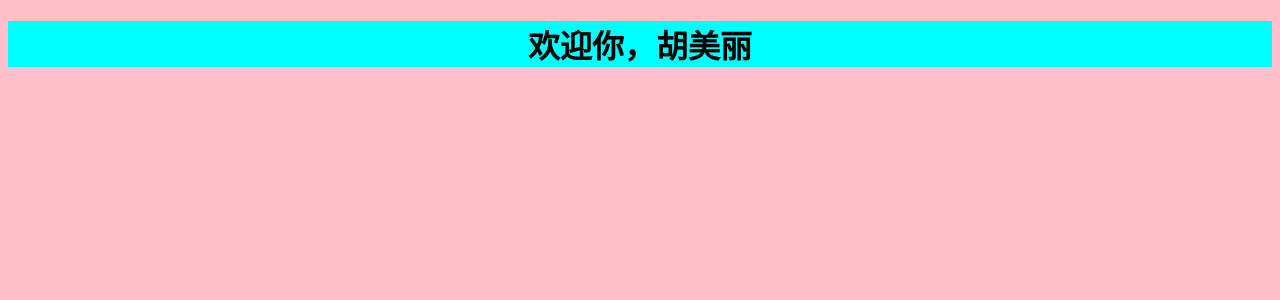
Repository: NanmeiYC/NanmeiYC.github.io
Page: zhuye.html
These files come from the project's save history. The page is drawn as it stood at one moment and after a run of saves; the edit follows.
The browser window is 1280 px wide. The pictures show the whole page.

Above is the page before, as saved 2021-05-28 23:20:18.

After the next 3 saves:
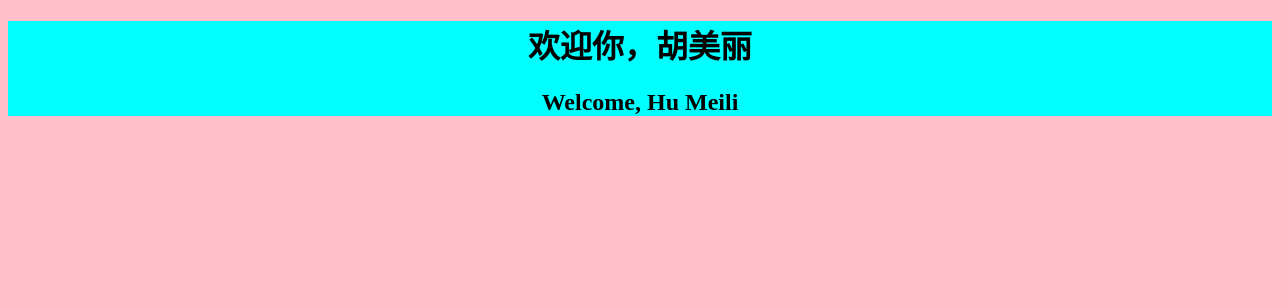
The 3 saves are shown as one change because they came seconds apart.
The last was saved 11 s later.
--- a/zhuye.html
+++ b/zhuye.html
@@ -7,7 +7,7 @@
     <body bgcolor="pink">
         <div align="center" style="background-color: aqua;">
             <h1>欢迎你，胡美丽</h1>
-            <h2>
+            <h2>Welcome, Hu Meili</h2>
         </div>
     </body>
 </html>
